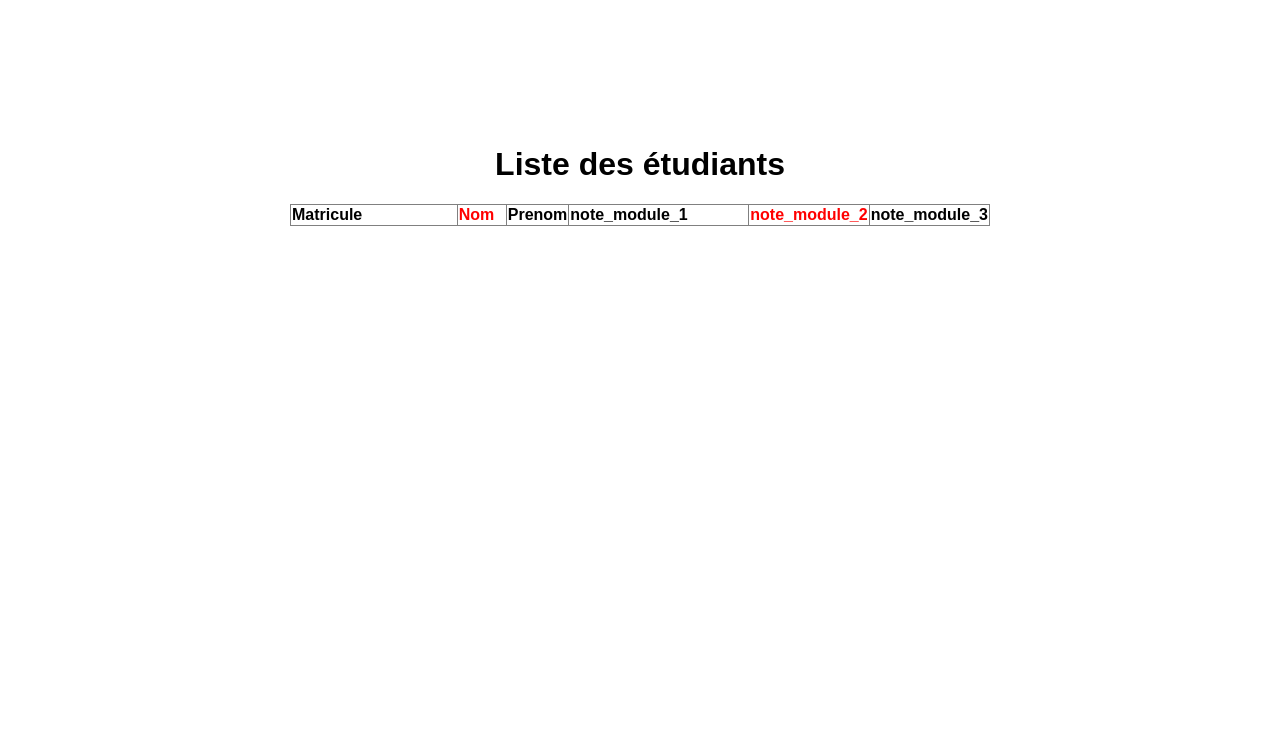
Repository: tt5300447/parakeet
Page: http://localhost/
These files come from the project's save history. The page is drawn as it stood at one moment and after the next save; the edit follows.
The browser window is 1280 px wide. The pictures show the whole page.
The page is run by PHP 8.4 with error messages shown; the project is at /var/www/html/. Queries for data that is not in the repository find no rows.

Above is the page before, as saved 2022-06-19 16:02:37.

### Copier/htdocs/Liste/index.php
<!DOCTYPE html>
<html lang="en">
<head>
    <meta charset="UTF-8">
    <meta http-equiv="X-UA-Compatible" content="IE=edge">
    <meta name="viewport" content="width=device-width, initial-scale=1.0">
    <title>Document</title>
    <link rel="stylesheet" href="style.css">
</head>
<body>

    <div class="center container">
         <h1>Liste des étudiants</h1>
    <?php
$servername = "localhost";
$username = "root";
$password = "";
$db = "scolarite";
// Create connection
$conn = new mysqli($servername, $username, $password,$db);
// Check connection
if (mysqli_connect_errno())
{
echo "Failed to connect to MySQL: " . mysqli_connect_error();
}

$result = $conn->query("SELECT * FROM Etudiant");

echo "<table border='1'>
<thead>
    <tr>
        <th class='country_name-cell'>Matricule</th>
        <th class='code-cell'>Nom</th>
        <th class='pop96-cell'>Prenom</th>
        <th class='country_name-cell'>note_module_1</th>
        <th class='code-cell'>note_module_2</th>
        <th class='pop96-cell'>note_module_3</th>
    </tr>
</thead>
<tbody>";

while($row = mysqli_fetch_array($result))
{
echo "<tr>";
echo "<td class='country_name-cell'>" . $row['matricule'] . "</td>";
echo "<td class='code-cell'>" . $row['nom'] . "</td>";
echo "<td class='pop96-cell'>" . $row['prenom'] . "</td>";
echo "<td class='country_name-cell'>" . $row['note_module_1'] . "</td>";
echo "<td class='code-cell'>" . $row['note_module_2'] . "</td>";
echo "<td class='pop96-cell'>" . $row['note_module_3'] . "</td>";
echo "</tr>";
}
echo "<tbody>
</table>";

mysqli_close($conn);
?>
</div>
</body>
</html>

### Copier/htdocs/Liste/style.css
html,
body {
    margin: 0;
    padding: 0;
    width: 100%;
    height: 100%;
    display: table;
}

.center {
    display: table-cell;
    text-align: center;
    vertical-align: middle;
}

table {
    width: 100%;
    height: 60%;
}


/***************************/

body {
    width: 700px;
    margin: 20px auto;
    font-family: arial;
}

table {
    border-collapse: collapse;
}

table td {
    font-size: 12px;
    padding: 10px 0;
    border-bottom: 1px solid #ddd;
}

.country_name-cell {
    width: 200px;
}

.code-cell {
    width: 50px;
    color: red;
}

.pop96-cell {
    text-align: right;
}

th {
    text-align: left;
}

After the next save:
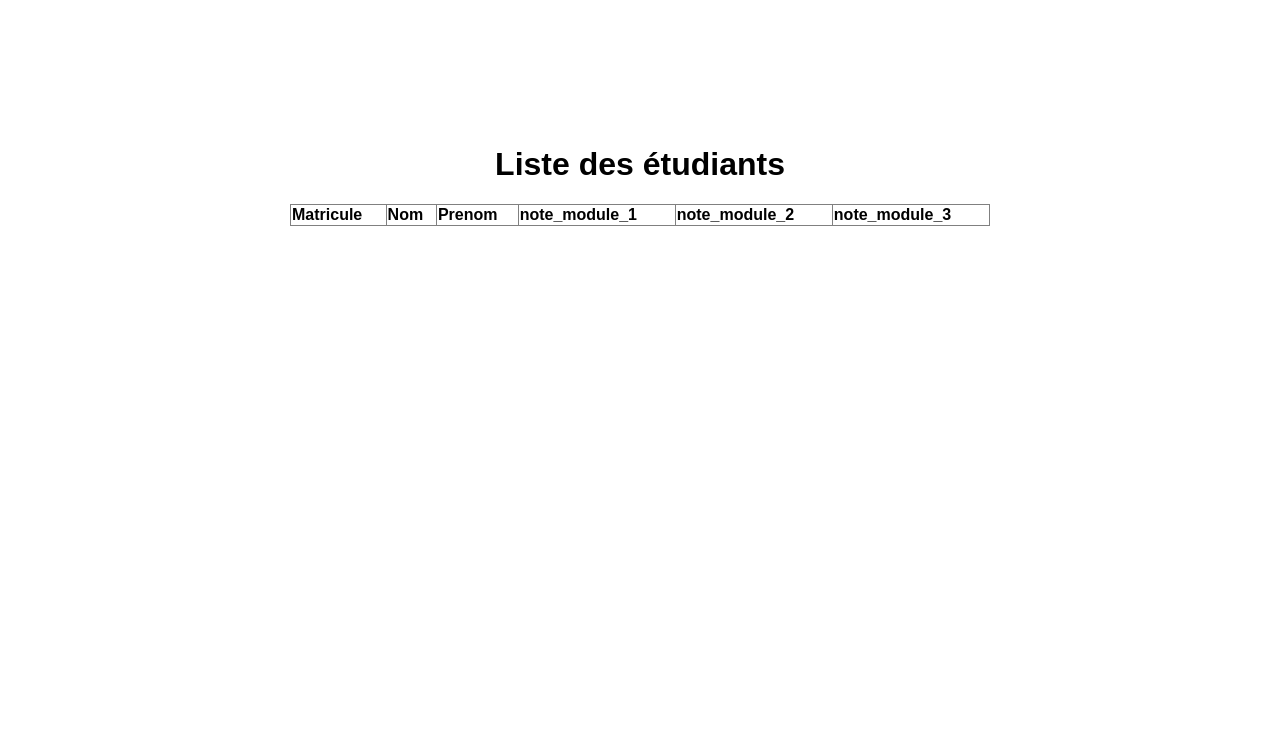
Saved 55 s later.
--- a/Copier/htdocs/Liste/index.php
+++ b/Copier/htdocs/Liste/index.php
@@ -29,12 +29,12 @@ $result = $conn->query("SELECT * FROM Etudiant");
 echo "<table border='1'>
 <thead>
     <tr>
-        <th class='country_name-cell'>Matricule</th>
-        <th class='code-cell'>Nom</th>
-        <th class='pop96-cell'>Prenom</th>
-        <th class='country_name-cell'>note_module_1</th>
-        <th class='code-cell'>note_module_2</th>
-        <th class='pop96-cell'>note_module_3</th>
+        <th>Matricule</th>
+        <th>Nom</th>
+        <th>Prenom</th>
+        <th>note_module_1</th>
+        <th>note_module_2</th>
+        <th>note_module_3</th>
     </tr>
 </thead>
 <tbody>";
@@ -42,12 +42,12 @@ echo "<table border='1'>
 while($row = mysqli_fetch_array($result))
 {
 echo "<tr>";
-echo "<td class='country_name-cell'>" . $row['matricule'] . "</td>";
-echo "<td class='code-cell'>" . $row['nom'] . "</td>";
-echo "<td class='pop96-cell'>" . $row['prenom'] . "</td>";
-echo "<td class='country_name-cell'>" . $row['note_module_1'] . "</td>";
-echo "<td class='code-cell'>" . $row['note_module_2'] . "</td>";
-echo "<td class='pop96-cell'>" . $row['note_module_3'] . "</td>";
+echo "<td>" . $row['matricule'] . "</td>";
+echo "<td>" . $row['nom'] . "</td>";
+echo "<td>" . $row['prenom'] . "</td>";
+echo "<td>" . $row['note_module_1'] . "</td>";
+echo "<td>" . $row['note_module_2'] . "</td>";
+echo "<td>" . $row['note_module_3'] . "</td>";
 echo "</tr>";
 }
 echo "<tbody>
